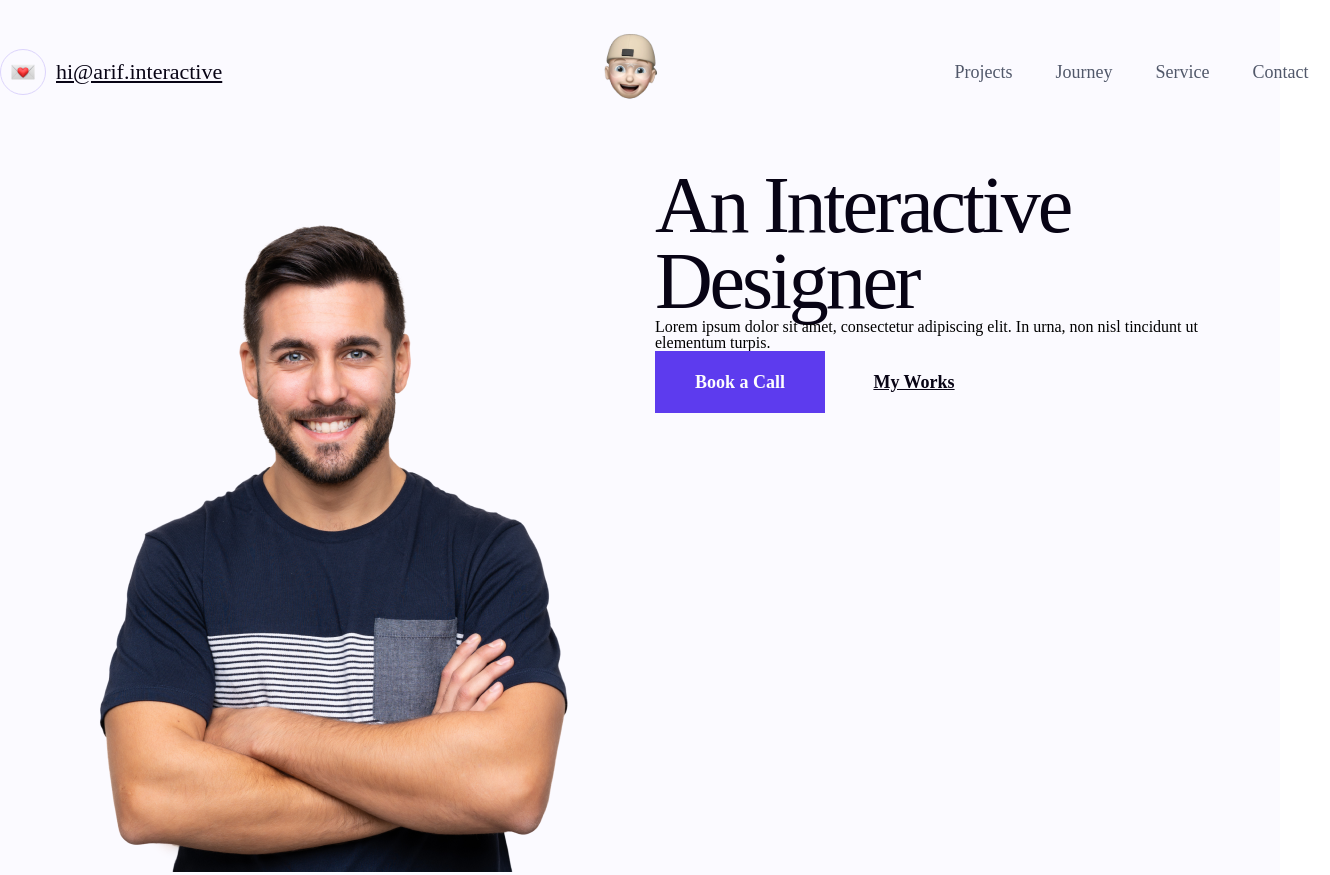
Repository: trantangtuan/project-06-grid-system12column-demo
Page: index.html
An editor plug-in stored every save of this project. The page is shown before and after the next save, followed by the edit.
The browser window is 1280 px wide. The page is 1330 px wide, so the pictures cover 1330 px, including what lies to the right of the window. The pictures show the whole page.

Above is the page before, as saved 2024-07-12 21:23:51.

After the next save:
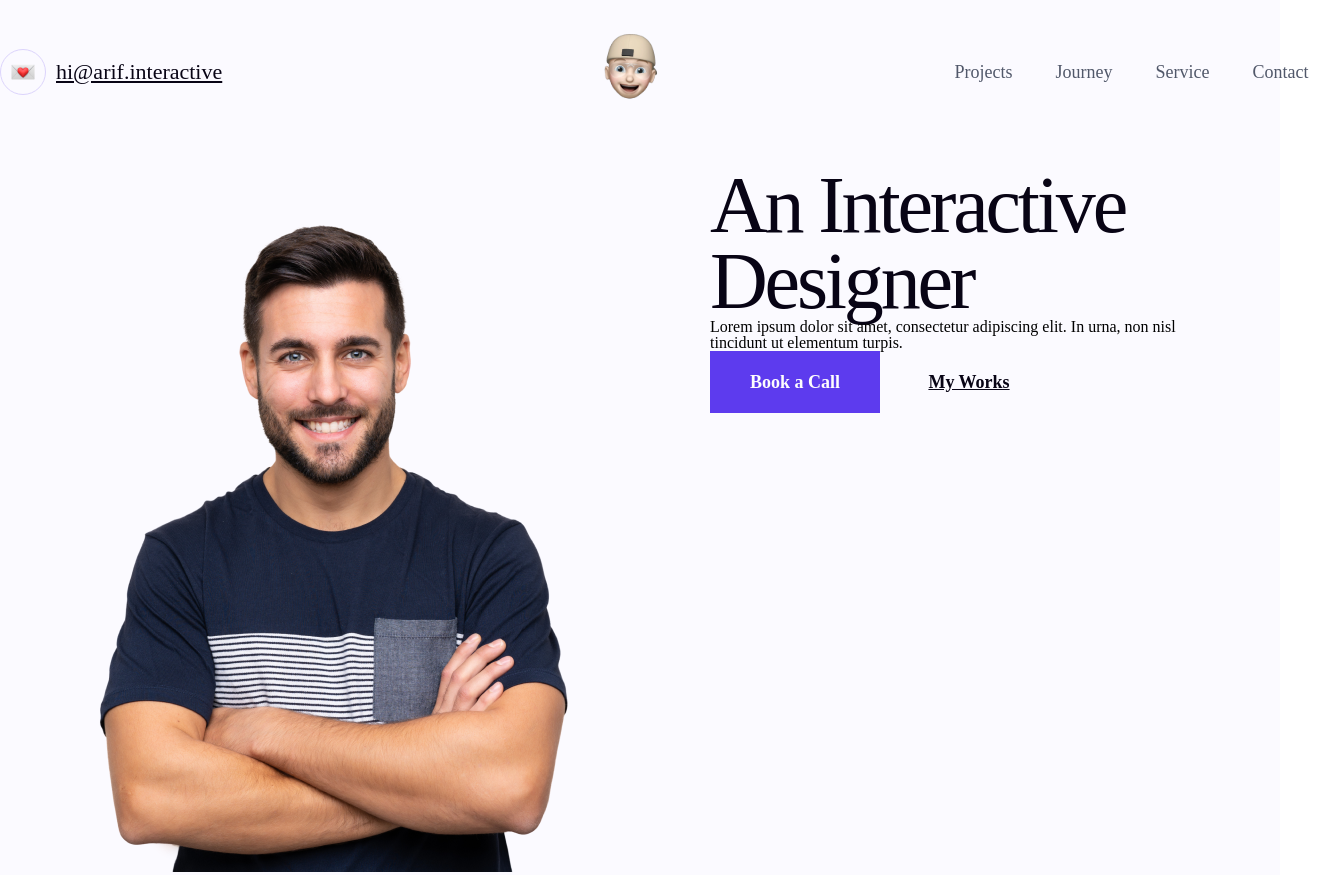
Saved 115 s later.
--- a/assets/css/style.css
+++ b/assets/css/style.css
@@ -117,7 +117,7 @@ a {
   width: 514px;
 }
 
-.hero-right {
+.hero__right {
   width: 500px;
   margin-left: auto;
 }
